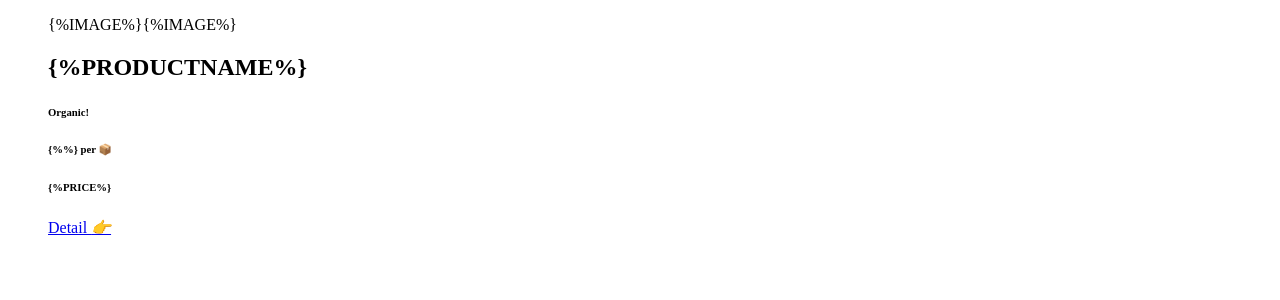
Repository: Tiantian-C/node2
Page: templates/template-card.html
An editor plug-in stored every save of this project. The page is shown before and after the next save, followed by the edit.
The browser window is 1280 px wide. The pictures show the whole page.

Above is the page before, as saved 2023-07-15 20:14:43.

After the next save:
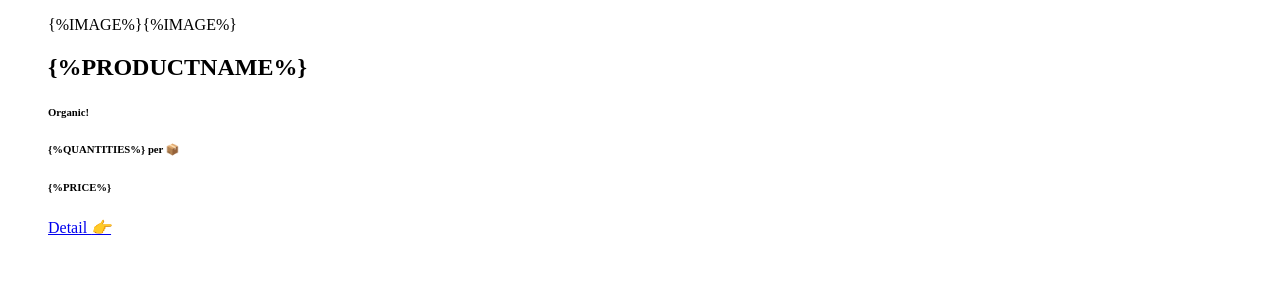
Saved 104 s later.
--- a/templates/template-card.html
+++ b/templates/template-card.html
@@ -11,7 +11,7 @@
     </div>
 
     <div class="card__detail-box">
-      <h6 class="card__detail">{%%} per 📦</h6>
+      <h6 class="card__detail">{%QUANTITIES%} per 📦</h6>
     </div>
 
     <div class="card__detail-box">
